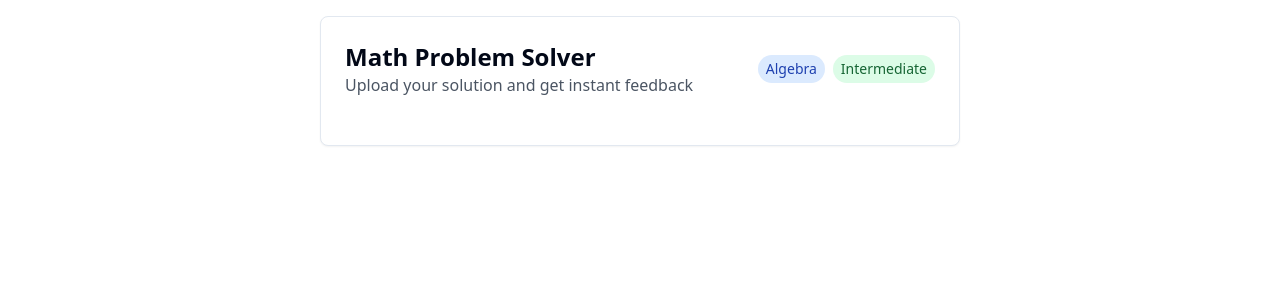
Repository: Hendo10X/Mathsolver
Page: / (app in my-movie-db/)
The author's editor kept a copy of each file at every save. The page is drawn from the files as they stood at one save, then again after the next save.
The browser window is 1280 px wide. The pictures show the whole page.
The project was rebuilt for these pictures with package versions that can differ from the ones it lists, and the page was loaded fresh each time. The framework's server and built-in components were replaced by stand-ins that run in the browser. Also part of the build but not shown: my-movie-db/svelte.config.js, my-movie-db/vite.config.ts, my-movie-db/src/lib/components/ui/button/button.svelte, my-movie-db/src/lib/components/ui/card/card-content.svelte, my-movie-db/src/lib/components/ui/card/card-description.svelte, my-movie-db/src/lib/components/ui/card/card-footer.svelte, my-movie-db/src/lib/components/ui/card/card-header.svelte, my-movie-db/src/lib/components/ui/card/card-title.svelte.

Above is the page before, as saved 2024-10-22 03:25:50.

### my-movie-db/src/routes/+page.svelte
<script lang="ts">
    import { enhance } from '$app/forms';
    import { Button } from '$lib/components/ui/button';
    import { Card } from '$lib/components/ui/card';
    import { Camera } from 'lucide-svelte';
    import type { Problem, SolutionResult } from '$lib/types';
    import type { ActionData } from '$lib/types';

    export let form: ActionData;

    let selectedImage: string | null = null;
    let isChecking = false;
    let result: SolutionResult | null = null;

    let currentProblem: Problem = {
        id: 1,
        question: "Solve the quadratic equation: x² + 5x + 6 = 0",
        difficulty: "Intermediate",
        topic: "Algebra"
    };

    function handleImageUpload(event: Event) {
        const input = event.target as HTMLInputElement;
        if (input.files && input.files[0]) {
            const reader = new FileReader();
            reader.onload = (e) => {
                selectedImage = e.target?.result as string;
            };
            reader.readAsDataURL(input.files[0]);
        }
    }

    function nextProblem() {
        currentProblem = {
            id: currentProblem.id + 1,
            question: "Find the derivative of f(x) = x³ - 2x² + 4x - 1",
            difficulty: "Advanced",
            topic: "Calculus"
        };
        selectedImage = null;
        result = null;
    }
</script>

<div class="max-w-2xl mx-auto p-4 space-y-4">
        <Card class="p-6">
            <div class="flex justify-between items-center mb-6">
                <div>
                    <h2 class="text-2xl font-bold">Math Problem Solver</h2>
                    <p class="text-gray-600">Upload your solution and get instant feedback</p>
                </div>
                <div class="flex items-center gap-2">
                    <span class="px-2 py-1 bg-blue-100 text-blue-800 rounded-full text-sm">
                        {currentProblem.topic}
                    </span>
                    <span class="px-2 py-1 bg-green-100 text-green-800 rounded-full text-sm">
                        {currentProblem.difficulty}
                    </span>
                </div>
            </div>

        {#if selectedImage && !result}
            <form
                method="POST"
                action="?/checkSolution"
                use:enhance={() => {
                    isChecking = true;
                    return async ({ update }) => {
                        await update();
                        isChecking = false;
                        if (form?.result) {
                            result = form.result;
                        }
                    };
                }}
            >
                <input type="hidden" name="image" value={selectedImage} />
                <input type="hidden" name="problem" value={JSON.stringify(currentProblem)} />
                <Button class="w-full" type="submit" disabled={isChecking}>
                    {isChecking ? "Checking solution..." : "Check My Solution"}
                </Button>
            </form>
        {/if}

        {#if result}
            <div class={`p-4 rounded-lg ${result.correct ? 'bg-green-50' : 'bg-red-50'}`}>
                <h3 class={`font-medium mb-2 ${result.correct ? 'text-green-800' : 'text-red-800'}`}>
                    {result.correct ? 'Correct!' : 'Not quite right'}
                </h3>
                <p class={result.correct ? 'text-green-700' : 'text-red-700'}>
                    {result.feedback}
                </p>
            </div>

            <Button class="w-full" on:click={nextProblem}>
                Next Problem
            </Button>
        {/if}
    </Card>
</div>

Loaded but not shown: my-movie-db/src/app.html (common file); my-movie-db/src/routes/+layout.svelte (common file); my-movie-db/src/app.css (common file); my-movie-db/src/lib/components/ui/button/index.ts (common file); my-movie-db/src/lib/components/ui/card/index.ts (common file); my-movie-db/src/lib/components/ui/card/card.svelte (common file); my-movie-db/src/lib/utils.ts (common file); my-movie-db/tailwind.config.ts (common file); my-movie-db/src/routes/+page.ts (no stored copy; drawn as an empty file)

After the next save:
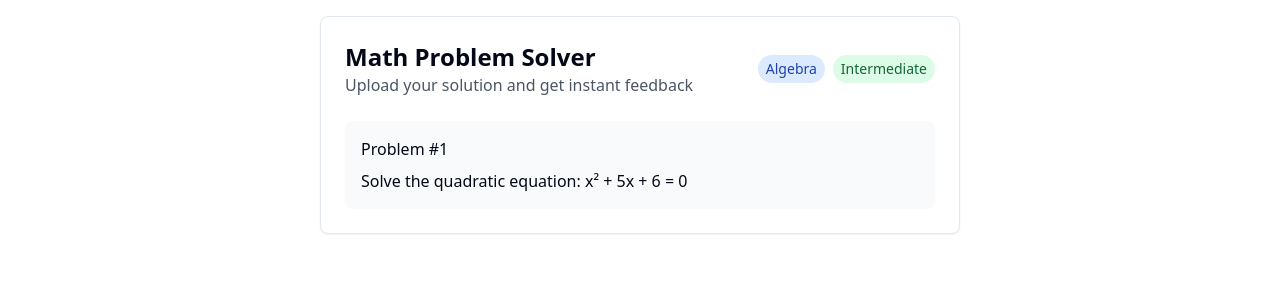
Saved 4 min 43 s later.
--- a/my-movie-db/src/routes/+page.svelte
+++ b/my-movie-db/src/routes/+page.svelte
@@ -43,21 +43,30 @@
 </script>
 
 <div class="max-w-2xl mx-auto p-4 space-y-4">
-        <Card class="p-6">
-            <div class="flex justify-between items-center mb-6">
-                <div>
-                    <h2 class="text-2xl font-bold">Math Problem Solver</h2>
-                    <p class="text-gray-600">Upload your solution and get instant feedback</p>
-                </div>
-                <div class="flex items-center gap-2">
-                    <span class="px-2 py-1 bg-blue-100 text-blue-800 rounded-full text-sm">
-                        {currentProblem.topic}
-                    </span>
-                    <span class="px-2 py-1 bg-green-100 text-green-800 rounded-full text-sm">
-                        {currentProblem.difficulty}
-                    </span>
-                </div>
+    <Card class="p-6">
+        <div class="flex justify-between items-center mb-6">
+            <div>
+                <h2 class="text-2xl font-bold">Math Problem Solver</h2>
+                <p class="text-gray-600">Upload your solution and get instant feedback</p>
             </div>
+            <div class="flex items-center gap-2">
+                <span class="px-2 py-1 bg-blue-100 text-blue-800 rounded-full text-sm">
+                    {currentProblem.topic}
+                </span>
+                <span class="px-2 py-1 bg-green-100 text-green-800 rounded-full text-sm">
+                    {currentProblem.difficulty}
+                </span>
+            </div>
+        </div>
+
+        <div class="space-y-4">
+            <div class="p-4 bg-gray-50 rounded-lg">
+                <h3 class="font-medium mb-2">Problem #{currentProblem.id}</h3>
+                <p>{currentProblem.question}</p>
+            </div>
+
+
+
 
         {#if selectedImage && !result}
             <form
